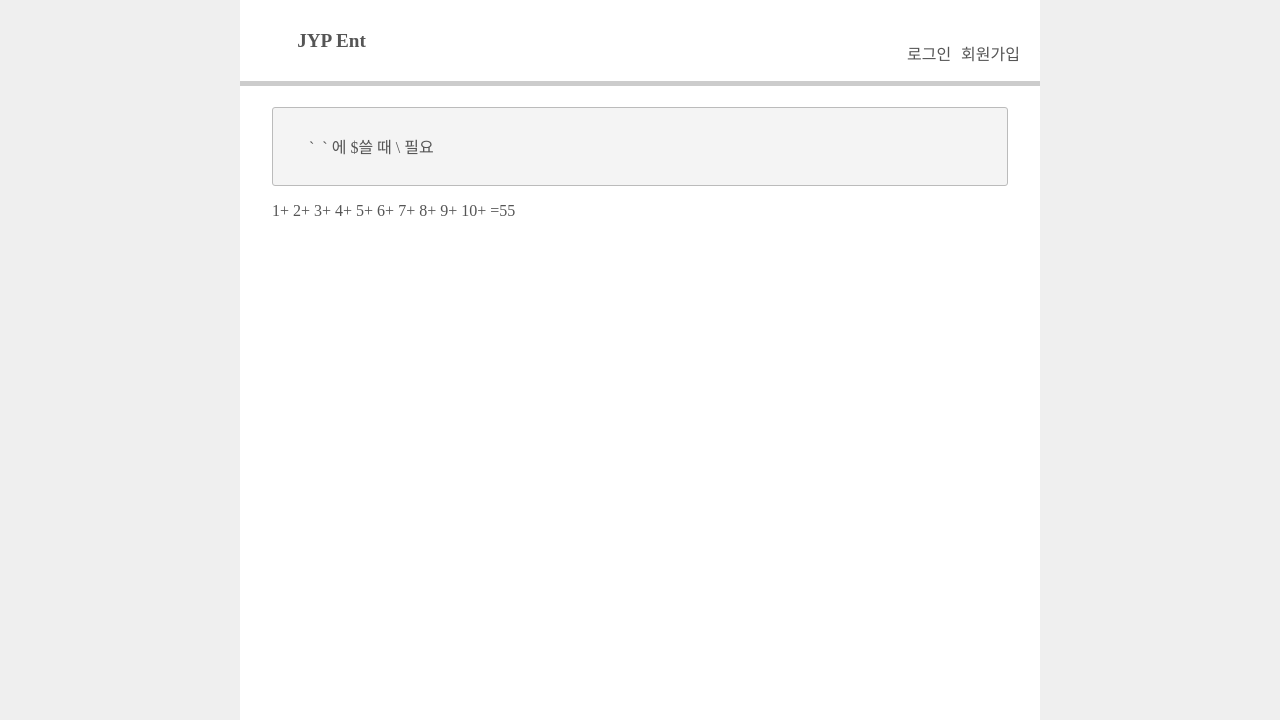
Repository: jyoons00/JSP-sample
Page: http://localhost/jspPro/days01/ex03_03.jsp
The author's editor kept a copy of each file at every save. The page is drawn from the files as they stood at one save, then again after the next save.
The browser window is 1280 px wide. The pictures show the whole page.
Some web fonts or font styles are not loaded; a fallback is used. The page is served by Tomcat 9. Other server files are loaded and not shown.

Above is the page before, as saved 2024-10-15 06:19:41.

### jspPro/src/main/webapp/days01/ex03_03.jsp
<%@ page contentType="text/html; charset=UTF-8" pageEncoding="UTF-8"%>
<!DOCTYPE html>
<html>
<head>
<meta charset="UTF-8">
<title>Insert title here</title>
<link rel="shortcut icon" type="image/x-icon" href="http://localhost/jspPro/images/SiSt.ico">
<script src="https://ajax.googleapis.com/ajax/libs/jquery/3.7.1/jquery.min.js"></script>
<meta name="viewport" content="width=device-width, initial-scale=1.0">
<meta name="google" content="notranslate">
<link rel="stylesheet" href="http://localhost/jspPro/resources/cdn-main/example.css">
<script src="http://localhost/jspPro/resources/cdn-main/example.js"></script>
<style>
 span.material-symbols-outlined{
    vertical-align: text-bottom;
 }
</style>
</head>
<body>
<header>
  <h1 class="main"><a href="#" style="position: absolute;top:30px;">JYP Ent</a></h1>
  <ul>
    <li><a href="#">로그인</a></li>
    <li><a href="#">회원가입</a></li>
  </ul>
</header>
<div>
  <xmp class="code">
     `  ` 에 $쓸 때 \ 필요
  </xmp>
  <p id="demo">
    <%
   int sum = 0;
   for(int i = 1 ; i<= 10 ;  i++) {
      sum += i ;
	%><%= i%>+	<%
		} //for
	  %>=<%= sum%>
  </p>
</div>

<script>

</script>
</body>
</html>

### jspPro/src/main/webapp/resources/cdn-main/example.css
@charset "UTF-8";

@import url('https://fonts.googleapis.com/css2?family=Material+Symbols+Outlined:opsz,wght,FILL,GRAD@20..48,100..700,0..1,-50..200');

@font-face {
    font-family: 'GmarketSansMedium';
    src: url('https://cdn.jsdelivr.net/gh/projectnoonnu/noonfonts_2001@1.1/GmarketSansMedium.woff') format('woff');
    font-weight: normal;
    font-style: normal;
}

:root {
	--text-color: #555;
	--sub-text-color: #777;
	--back-color: #EFEFEF;
	--header-color: #444;
	--primary-color: #DEDEDE;
	--secondary-color: #EFEFEF;
	--default-width: 800px;
	--narrow-width: 500px;
	--wide-width: 1200px;
	--text-font: 'GmarketSansMedium';
	--icon-font: 'Material Symbols Outlined';
	--border-color: #CCC;
}

html, body {
	margin: 0;
	padding: 0;
}

html {
	background-color: var(--back-color);
	display: flex;
	justify-content: center;
	min-height: 100vh;
}

body, body.default {
	width: var(--default-width);
	background-color: white;
	padding-bottom: 120px;
}

body.wide {
	width: var(--wide-width);
}

body.narrow {
	width: var(--narrow-width);
}



body, p, div, span, a, input, select, option, textarea, button, table, th, td, label, fieldset, legend {
	font-family: var(--text-font);
	color: var(--text-color);
}

h1, h2, h3 {
	font-family: var(--text-font);
	color: var(--header-color);
	padding: 0 1rem;
	padding-top: .5rem;
}

div > h1, div > h2, div > h3 {
	padding: 0;
}

body > div, body > main > div {
	padding: 0.3rem 1rem;
}


h1 { font-size: 2rem; border-bottom: 1px solid var(--border-color); }
h1 small { font-size: 1.2rem; color: var(--sub-text-color); }
h2 { font-size: 1.5rem; border-bottom: 1px dashed var(--border-color); }
h2 small { font-size: 1.1rem; color: --sub-text-color; }
h3 { font-size: 1.2rem; }
h3 small { font-size: 1rem; color: --sub-text-color; }



h1.main::before {
	font-family: var(--icon-font);
  	content: '\e666';
  	margin-right: 10px;
  	float: left;
	font-size: 2.5rem;
}

h1.sub::before {
	font-family: var(--icon-font);
  	content: '\ea19';
  	margin-right: 10px;
  	float: left;
	font-size: 2.5rem;
}


h1.page::before {
	font-family: var(--icon-font);
  	content: '\e0e0';
  	margin-right: 10px;
  	float: left;
	font-size: 2.5rem;
}

body > header > ul > li > .active{
	background-color: #FFF;
	color:#F00;
}

body > header {
	display: flex;
	justify-content: space-between;
	border-bottom: 5px solid var(--border-color);
	min-height: 74px;
	background-color: #FFF;
}

body > header.sticky {
	position: sticky;
	top: 0;
	z-index: 98;
}

body > header > h1 {
	font-size: 1.2rem;
	border: 0;
}

body > header.in > h1::before {
	font-family: var(--icon-font);
  	content: '\e332‥';
  	margin-right: 3px;
  	float: left;
	font-size: 2rem;
}


body > header > ul {
	list-style-type: none;
	display: flex;
	align-items: flex-end;
	margin-right: 10px;
}

body > header > ul > li {
	margin-right: 10px;
	cursor: pointer;
}

body > header > ul > li > a {
	cursor: pointer;
}


form {
	display: block;
}

form > div {
	padding: 0.3rem 1rem;
}

div > form > div {
	padding: 0.3rem 0;
}

input, textarea, button, select {
	border: 1px solid #BBB;
	border-radius: 3px;
	outline: none;
	resize: none;
	padding: 7px;
	margin: 0;
}

input[type=text]:read-only, textarea:read-only {
	cursor: not-allowed;
	background-color: #FFF;
}

input[type=text]:disabled, textarea:disabled {
	cursor: not-allowed;
	background-color: #EEE;
}

input[type=text], input[type=password], textarea, button, select {
	/* width: 300px; */
}

textarea {
	display: block;
	height: 100px;
}

input[type=button], input[type=submit], button {
	/* width: inherit; */
}

input.short, textarea.short, button.short, select.short {
	width: 100px;
}

input.long, textarea.long, button.long, select.long {
	width: 350px;
}

.narrow input.long, .narrow textarea.long, .narrow button.long, .narrow select.long {
	width: calc(100% - 20px);
}

input.full, textarea.full, button.full, select.full {
	width: calc(100% - 20px);
}

textarea.short {
	height: 50px;
}

textarea.long {
	height: 100px;
}

textarea.full {
	height: 200px;
}

input, textarea {
	padding-top: 8px;
}

input[type=button], input[type=submit], button {
	padding: 5px 10px;
	background-color: var(--secondary-color);
	cursor: pointer;
	min-height: 36px;
}

input[type=button].primary, input[type=submit].primary, button.primary {
	/* background-color: rgba(100, 149, 237, .2); */
	background-color: var(--primary-color);
}

input[type=button].primary:hover, input[type=submit].primary:hover, button.primary:hover {
	/* background-color: rgba(100, 149, 237, .3); */
	background-color: var(--secondary-color);
}

input[type=button]:hover, input[type=submit]:hover, button:hover {
	background-color: var(--primary-color);
}

button {
	position: relative;
	left: 0;
	top: 0;
	padding-left: 35px;
}

button .material-symbols-outlined {
	position: absolute;
	left: 10px;
	top: 4px;
}

/* k2nik add */
button.login::before {
	font-family: var(--icon-font);
  	content: '\ea77';
	position: absolute;
	left: 11px;
	top: 4px;
	font-size: 1.25rem;
}

/* k2nik logout */
button.logout::before {
	font-family: var(--icon-font);
  	content: '\e9ba';
	position: absolute;
	left: 11px;
	top: 4px;
	font-size: 1.25rem;
}

/* k2nik help */
button.help::before {
	font-family: var(--icon-font);
  	content: '\f1c0';
	position: absolute;
	left: 11px;
	top: 4px;
	font-size: 1.25rem;
}

button.add::before{
	font-family: var(--icon-font);
  	content: '\e746';
	position: absolute;
	left: 11px;
	top: 4px;
	font-size: 1.25rem;
}

button.back::before {
	font-family: var(--icon-font);
  	content: '\e166';
	position: absolute;
	left: 11px;
	top: 4px;
	font-size: 1.25rem;
}

button.list::before {
	font-family: var(--icon-font);
  	content: '\e0ee';
	position: absolute;
	left: 11px;
	top: 4px;
	font-size: 1.25rem;
}


button.del::before {
	font-family: var(--icon-font);
  	content: '\e872';
	position: absolute;
	left: 11px;
	top: 4px;
	font-size: 1.25rem;
}


button.edit::before {
	font-family: var(--icon-font);
  	content: '\e745';
	position: absolute;
	left: 11px;
	top: 4px;
	font-size: 1.25rem;
}


button.login::before {
	font-family: var(--icon-font);
  	content: '\ea77';
	position: absolute;
	left: 11px;
	top: 4px;
	font-size: 1.25rem;
}


button.logout::before {
	font-family: var(--icon-font);
  	content: '\e9ba';
	position: absolute;
	left: 11px;
	top: 4px;
	font-size: 1.25rem;
}


button.in::before {
	font-family: var(--icon-font);
  	content: '\f71a';
	position: absolute;
	left: 11px;
	top: 4px;
	font-size: 1.25rem;
}


button.out::before {
	font-family: var(--icon-font);
  	content: '\f70e';
	position: absolute;
	left: 11px;
	top: 4px;
	font-size: 1.25rem;
}


button.reply::before {
	font-family: var(--icon-font);
  	content: '\e15e';
	position: absolute;
	left: 11px;
	top: 4px;
	font-size: 1.25rem;
}


button.comment::before {
	font-family: var(--icon-font);
  	content: '\e0b9';
	position: absolute;
	left: 11px;
	top: 4px;
	font-size: 1.25rem;
}


button.modal::before {
	font-family: var(--icon-font);
  	content: '\e89e';
	position: absolute;
	left: 11px;
	top: 4px;
	font-size: 1.25rem;
}


button.ok::before {
	font-family: var(--icon-font);
  	content: '\e86c';
	position: absolute;
	left: 11px;
	top: 4px;
	font-size: 1.25rem;
}


button.cancel::before {
	font-family: var(--icon-font);
  	content: '\e5c9';
	position: absolute;
	left: 11px;
	top: 4px;
	font-size: 1.25rem;
}

button.search::before {
	font-family: var(--icon-font);
  	content: '\e8b6';
	position: absolute;
	left: 11px;
	top: 4px;
	font-size: 1.25rem;
}

button.home::before {
	font-family: var(--icon-font);
  	content: '\e88a';
	position: absolute;
	left: 11px;
	top: 4px;
	font-size: 1.25rem;
}


button.sidebar::before {
	font-family: var(--icon-font);
  	content: '\f7e4';
	position: absolute;
	left: 11px;
	top: 4px;
	font-size: 1.25rem;
}


button.sidebar-right::before {
	font-family: var(--icon-font);
  	content: '\f7e5';
	position: absolute;
	left: 11px;
	top: 4px;
	font-size: 1.25rem;
}




button::before {
	font-family: var(--icon-font);
  	content: '\e323';
	position: absolute;
	left: 11px;
	top: 4px;
	font-size: 1.25rem;
}


table {
	border-collapse: collapse;
	margin: 1rem;
	box-sizing: border-box;
	width: calc(100% - 32px);
}

table.content {
	width: auto;
}

div > table {
	margin: 0;
}

table th, table td {
	border: 1px solid var(--border-color);
	padding: 7px;
	font-weight: normal;
}

table th {
	background-color: var(--back-color);
}

table.vertical th {
	width: 150px;
}

table.vertical td {
	width: calc(100% - 182px);
	padding-left: 10px;
}

table.content td, table.content th {
	width: auto;
}

body.narrow table.vertical th {
	width: 100px;
}

body.narrow table.vertical td {
	width: calc(100% - 182px);
}


table + table {
	margin-top: 30px;
}


p {
	padding: 0 1rem;
}

a {
	text-decoration: none;
}

a:hover {
	color: rgba(255, 99, 71, .7);
}

hr {
	border: 0;
	border-top: 1px solid var(--border-color);
	margin: 2rem 0;
}

.message {
	border: 1px solid var(--border-color);
	background-color: #EFEFEF;
	margin: 1rem;
	width: auto;
	padding-top: 10px;
	padding-bottom: 10px;
	font-size: 14px;
}

.message[title]::before {
	content: attr(title);
	display: block;
	border-bottom: 1px solid var(--border-color);
	padding-bottom: 5px;
	margin-bottom: 10px;
	margin-top: 7px;
}

.message.short {
	max-width: 250px;
}

.message.long {
	max-width: 500px;
}

.badge {
	float: right;
	font-size: .8rem;
	margin-top: 2px;
	margin-right: 2px;
	text-shadow: 0 0 7px gray;
}

.badge.left {
	float: none;
	margin-left: 2px;
}

.badge.right {
	float: right;
}

.badge.red {
	border-radius: 50%;
	padding: 2px 5px;
	background-color: rgb(255, 99, 71, .3);
}

.badge.yellow {

	border-radius: 50%;
	padding: 2px 5px;
	background-color: rgb(255, 215, 0, .5);
}

.badge.blue {
	border-radius: 50%;
	padding: 2px 5px;
	background-color: rgb(100, 149, 237, .3);
}

label + label {
	margin-left: 7px;
}

label input[type=checkbox], label input[type=radio] {
	transform: translate(0, 1px);
}

.group {
	display: flex;
}

.modal-content .group {
	margin-bottom: .5rem;
}

.group label {
	border: 1px solid #BBB;
	border-radius: 3px;
	outline: none;
	resize: none;
	padding: 7px 14px;
	margin: 0;
	border-top-right-radius: 0;
	border-bottom-right-radius: 0;
	background-color: #EFEFEF;
	white-space: nowrap;
	font-size: 14px;
}

.group input[type=text] {
	margin-left: -1px;
	border-top-left-radius: 0;
	border-bottom-left-radius: 0;
}

.group select {
	margin-left: -1px;
	border-top-left-radius: 0;
	border-bottom-left-radius: 0;
}

.group input.full[type=text] {
	margin-left: -1px;
	border-top-left-radius: 0;
	border-bottom-left-radius: 0;
	width: 100%;
}

.group input[type=button]:first-child, .group button:first-child {
	border-top-left-radius: 3px;
	border-bottom-left-radius: 3px;
	margin-left: 0px;
}

.group input[type=button], .group button {
	border-radius: 0;
	margin-left: -1px;
}

.group input[type=button]:last-child, .group button:last-child {
	margin-left: -1px;
	border-top-right-radius: 3px;
	border-bottom-right-radius: 3px;
}

.seperate {
	display: flex;
	justify-content: space-between;
}

div.list {
	width: max-content;
	margin: 1rem;
	border: 1px solid #BBB;
	border-radius: 3px;
	padding: 0;
}

div.list.full {
	width: auto;
	display: block;
	margin: 1rem;
	border: 1px solid #BBB;
	border-radius: 3px;
	padding: 0;
}

div.list > div {
	padding: .5rem 1rem;
	margin: 0;
	border-bottom: 1px solid #BBB;
}

div.list > div:last-child {
	border-bottom: 0;
}

pre.code , xmp.code{
	font-family: consols;
	background-color: rgba(150, 150, 150, .1);
	border: 1px solid #BBB;
	border-radius: 3px;
	padding: .5rem 1rem;
	padding-bottom: .6rem;
	margin: 1rem;
}




*[data-modal-window] {
	position: fixed;
	background-color: rgba(0, 0, 0, .3);
	left: 0;
	top: 0;
	display: none;
	justify-content: center;
	align-items: flex-start;
	width: 100%;
	min-height: 100vh;
	z-index: 100;
	opacity: 0;
	transition: 500ms all;
}

*[data-modal-window] .modal-container {
	border-radius: 5px;
	padding: 1rem;
	padding-bottom: .5rem;
	margin-top: -500px;
	opacity: 0;
	width: 500px;
	background-color: #FFF;
	margin-right: 2rem;
	transition: 500ms all;
}

*[data-modal-size=content] .modal-container {
	width: auto;
}

*[data-modal-size=narrow] .modal-container {
	width: 300px;
}

*[data-modal-size=wide] .modal-container {
	width: 760px;
}


*[data-modal-window] .modal-header {
	border-bottom: 1px solid var(--border-color);
	padding: 2px 5px;
}

*[data-modal-window] .modal-content {
	padding: 1rem 5px;
}

*[data-modal-window] .modal-content div:last-child {
	margin-top: 1rem;
	text-align: right;
}



*[data-sidebar-window] {
	position: fixed;
	background-color: #FFF;
	left: 0;
	top: 0;
	display: block;
	width: 300px;
	border-right: 1px solid var(--border-color);
	box-sizing: border-box;
	box-shadow: 0 0 3px var(--back-color);
	min-height: 100vh;
	z-index: 99;
	transform: translate(-300px, 0);
	transition-duration: 500ms;
	transition-property: transform;
}

*[data-sidebar-direction=right] {
	left: auto;
	right: 0;
	transform: translate(300px, 0);
	border-left: 1px solid var(--border-color);
}

*[data-sidebar-size=wide] {
	width: 500px;
	transform: translate(-500px, 0);
}

*[data-sidebar-window] .sidebar-title {
	border-bottom: 1px solid var(--border-color);
	margin-top: 20px;
	margin-bottom: 20px;
	padding-bottom: 5px;
	display: flex;
	justify-content: space-between;
}

*[data-sidebar-window] .sidebar-title span:last-child {
	cursor: pointer;
}


/* K2Nik pagination */
.center {
  text-align: center;
}

.pagination {
  display: inline-block;
}

.pagination a {
  color: black;
  float: left;
  padding: 3px 6px;
  text-decoration: none;
  transition: background-color .3s;
  border: 1px solid #ddd;
  margin: 0 3px;
}

.pagination a.active {
  background-color: #4CAF50;
  color: white;
  border: 1px solid #4CAF50;
}

.pagination a:hover:not(.active) {background-color: #ddd;}

### jspPro/src/main/webapp/resources/cdn-main/example.js

window.onload = () => {

    const list = document.querySelectorAll('input, textarea');

    list.forEach(item => {
        item.setAttribute('autocomplete', 'off');
    });


    const modal_btn_list = document.querySelectorAll('*[data-modal-button]');

    modal_btn_list.forEach(item => {
        item.onclick = function() {

            const name = this.dataset['modalButton'];
            const modal_window = document.querySelector('*[data-modal-window=' + name);

            const container = document.createElement('div');
            container.className = 'modal-container';



            const modal_header = document.createElement('div');
            modal_header.textContent = modal_window.dataset['modalTitle'];
            modal_header.className = 'modal-header';
            container.appendChild(modal_header);

            const modal_content = document.createElement('div');
            modal_content.className = 'modal-content';
            container.appendChild(modal_content);

            Array.from(modal_window.childNodes).forEach(item => {
                modal_content.appendChild(item);
            });

            modal_window.appendChild(container);

            modal_window.style.display = 'flex';

            setTimeout(() => {
                modal_window.style.opacity = 1;
                container.style.marginTop = '20px';
                container.style.opacity = 1;
            }, 50);


            const modal_ok = document.querySelector('*[data-modal-ok=' + name);
            modal_ok.addEventListener('click', function() {
                modal_window.style.opacity = 0;
                container.style.marginTop = '-500px';
                container.style.opacity = 0;

                setTimeout(() => {
                    modal_window.innerHTML = modal_content.innerHTML;
                    modal_window.style.display = 'none';
                }, 500);

            });

            const modal_cancel = document.querySelector('*[data-modal-cancel=' + name);
            modal_cancel.addEventListener('click', function() {

                modal_window.style.opacity = 0;
                container.style.marginTop = '-500px';
                container.style.opacity = 0;

                setTimeout(() => {
                    modal_window.innerHTML = modal_content.innerHTML;
                    modal_window.style.display = 'none';
                }, 500);
            });


        };
    });


    const sidebar_btn_list = document.querySelectorAll('*[data-sidebar-button]');

    sidebar_btn_list.forEach(item => {
        item.onclick = function() {



            const name = this.dataset['sidebarButton'];
            const sidebar_window = document.querySelector('*[data-sidebar-window=' + name);

            if (sidebar_window.style.transform == 'translate(0px, 0px)') return;



            sidebar_window.style.transform = 'translate(0, 0)';

            const sidebar_title = document.createElement('div');
            sidebar_title.className = 'sidebar-title';
            sidebar_title.innerHTML = '<span>' + sidebar_window.dataset['sidebarTitle'] + '</span><span class="material-symbols-outlined">close</span>';

            sidebar_title.children[1].onclick = function() {

                let sign = 1;
                let distance = 300;

                if (sidebar_window.dataset['sidebarDirection'] != 'right') {
                    sign = -1;
                } else {
                    sign = 1;
                }

                if (sidebar_window.dataset['sidebarSize'] != 'wide') {
                    distance = 300;
                } else {
                    distance = 500;
                }

                distance *= sign;

                sidebar_window.style.transform = 'translate(' + distance + 'px, 0)';

                setTimeout(function() {
                    sidebar_window.removeChild(sidebar_window.children[0]);
                }, 500);
            };


            sidebar_window.prepend(sidebar_title);

        }
    });

};

// window.onkeydown = function(event) {

//     if (event.keyCode == 27) {
//         if (document.querySelector('[data-modal-window').style.display == 'flex') {
//             document.querySelector('[data-modal-window').style.display = 'none';
//         }
//     }

// };

After the next save:
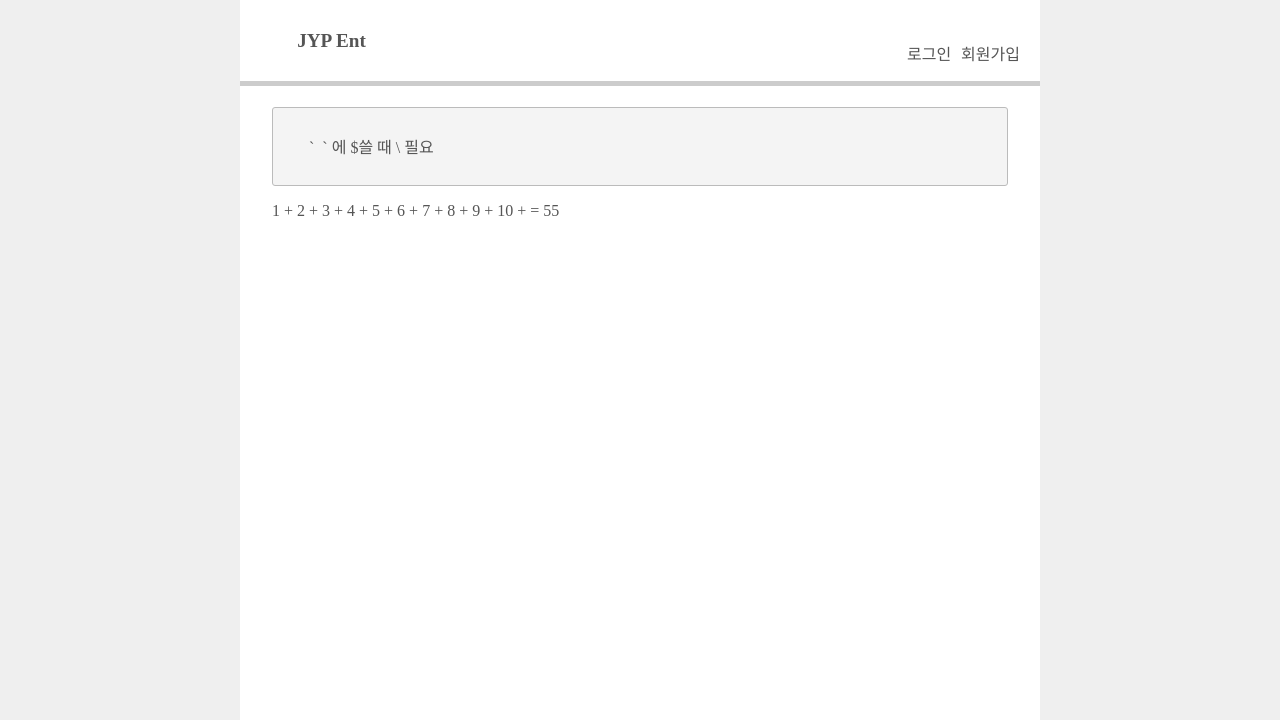
Saved 34 s later.
--- a/jspPro/src/main/webapp/days01/ex03_03.jsp
+++ b/jspPro/src/main/webapp/days01/ex03_03.jsp
@@ -33,9 +33,19 @@
    int sum = 0;
    for(int i = 1 ; i<= 10 ;  i++) {
       sum += i ;
-	%><%= i%>+	<%
+	%>
+
+	<%= i%>
+
+	+
+
+	<%
 		} //for
-	  %>=<%= sum%>
+	  %>
+
+	  =
+
+	  <%= sum%>
   </p>
 </div>
 
